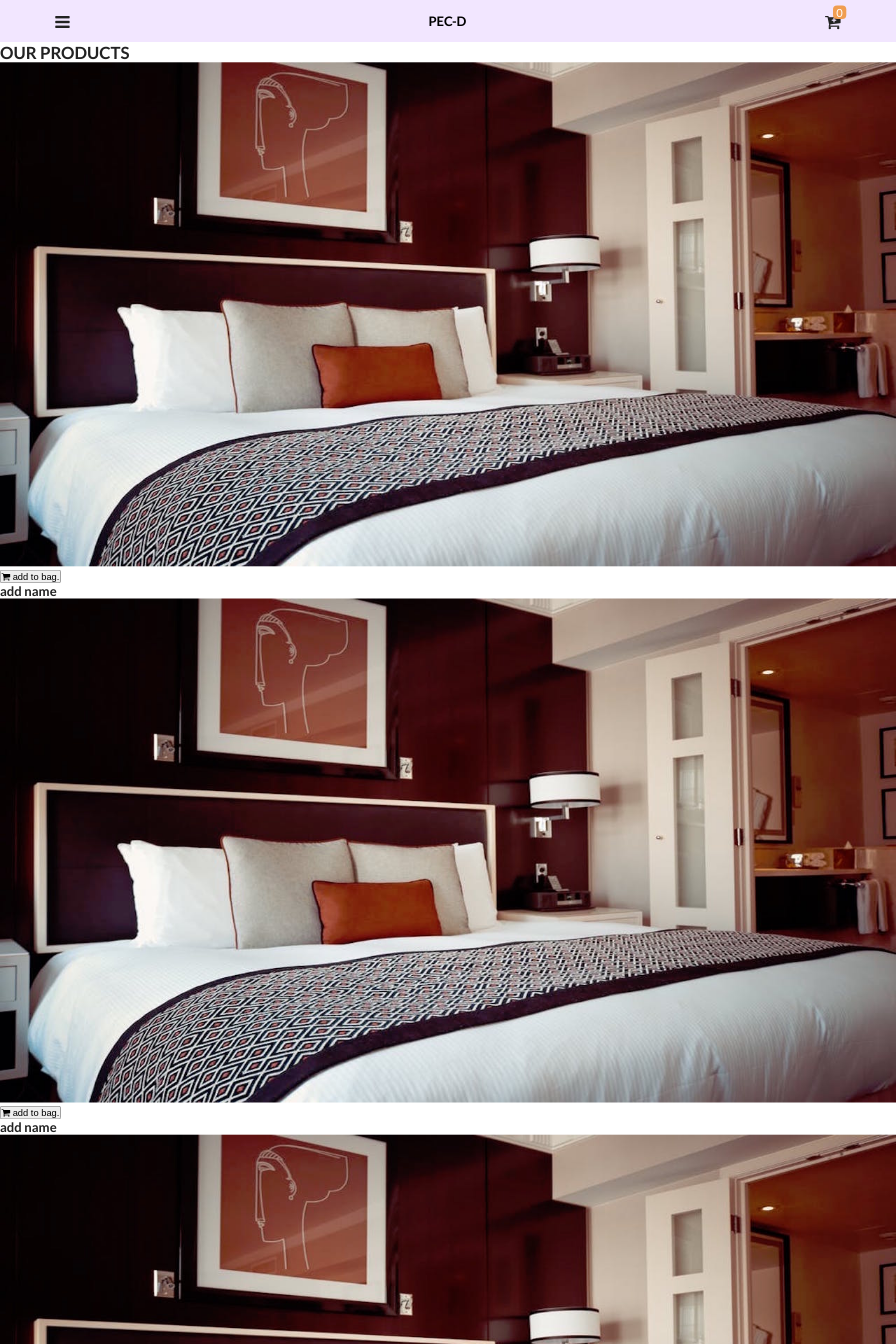
Repository: CHIR4G7/PEC-D
Page: http://localhost/
The author's editor kept a copy of each file at every save. The page is drawn from the files as they stood at one save, then again after the next save.
The browser window is 1280 px wide. The pictures show the part of the page from y = 0 to 1920 px (the page is 3192 px tall before and 720 px after), at 70% of full size.
The page is served by the project's Node server (app.js).

Above is the page before, as saved 2023-07-08 01:01:34.

After the next save:
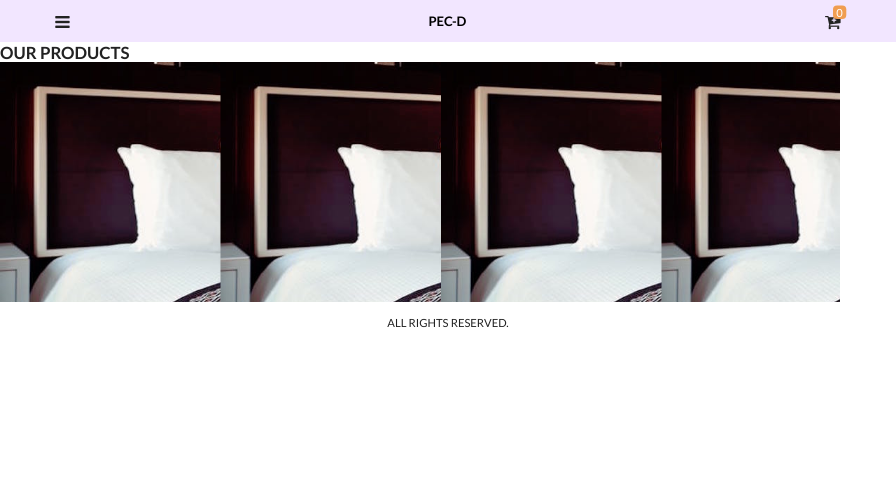
Saved 2 min 31 s later.
--- a/public/css/style.css
+++ b/public/css/style.css
@@ -188,6 +188,87 @@ body {
   }
    */
 
+   /* slider
+   .body1
+{
+    display: flex;
+    /* align-items: center; */
+    justify-content: center;
+    min-height: 100vh;
+    /* background-color: lawngreen; */
+    /* border: 2px solid yellow; */
+    padding: 0 35px;
+}
+.card img
+{
+    height: 150px;
+    width: 150px;
+    margin-bottom: 5px;
+    object-fit: cover;
+}
+.content
+{
+    max-width: 1200px;
+    width: 100%;
+    /* position: relative; */
+    /* border: 2px solid red; */
+}
+.content .content-inner
+{
+    display: grid;
+    grid-auto-flow: column;
+    grid-auto-columns: 25%;
+    gap: 15px;
+    /* overflow: hidden; */
+    overflow-x: auto;
+    scroll-snap-type: x mandatory;
+    scroll-behavior: smooth;
+    scrollbar-width: 0;
+
+}
+.content .card
+{
+    list-style: none;
+    background-color: lightblue;
+    color: black;
+    border-radius: 10px;
+    height: 342px;
+     display: flex;
+    flex-direction: column;
+    /*align-items: center;*/
+    justify-content: center;
+    cursor: pointer;
+    width: 280px;
+
+}
+.content i
+{
+    height: 30px;
+    width: 50px;
+    margin: 10px;
+    background-color: wheat;
+    color: black;
+    text-align: center;
+    line-height: 25px;
+    border-radius: 50%;
+    cursor: pointer;
+}
+.card-item
+{
+    display: flex;
+    flex-direction: column;
+    justify-content: center;
+    align-items: center;
+    margin: 15px;
+    padding-top: 5px;
+}
+.card-item h4
+{
+    margin-bottom: 4px;
+}
+
+   */
+
   /* cart */
   .cart-overlay {
     position: fixed;
